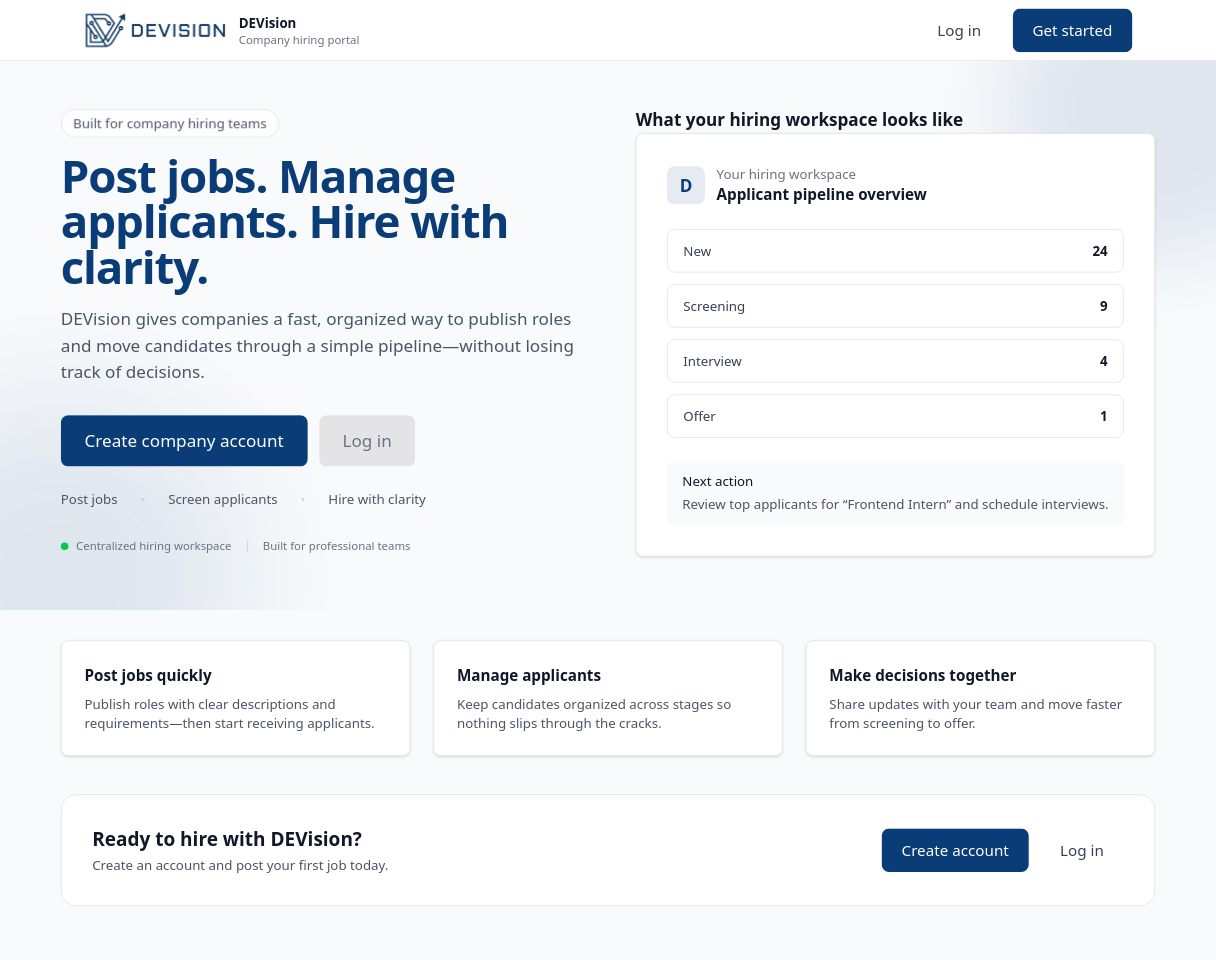
Repository: ISYS3461-2025C-Mulan-DEVision/JobManager_FE
Page: /
The author's editor kept a copy of each file at every save. The page is drawn from the files as they stood at one save, then again after the next save.
The browser window is 1280 px wide. The pictures show the whole page, at 95% of full size.
The project was rebuilt for these pictures with package versions that can differ from the ones it lists, and the page was loaded fresh each time. Also part of the build but not shown: vite.config.js, src/components/ui/Input/Input.tsx, src/components/ui/Spinner/Spinner.tsx, src/components/ui/Alert/Alert.tsx, src/components/ui/GoogleLogo/GoogleLogo.tsx, src/components/headless/Form/Form.tsx, src/components/headless/Form/index.ts, src/components/headless/Table/useTable.ts and 18 more.

Above is the page before, as saved 2025-12-12 15:54:05.

After the next save:
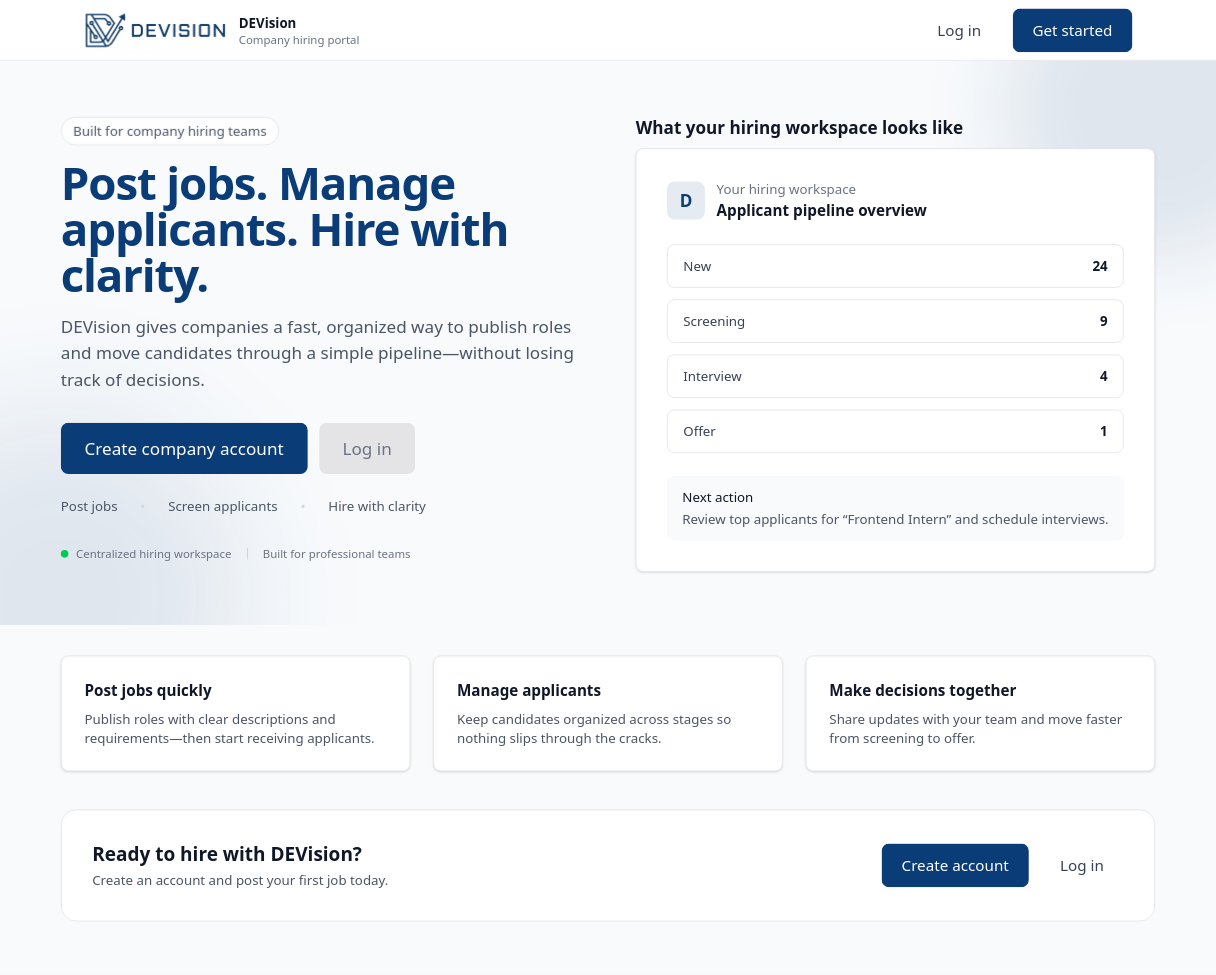
Saved 15 s later.
--- a/src/pages/Home.tsx
+++ b/src/pages/Home.tsx
@@ -54,8 +54,8 @@ export default function Home() {
                         </div>
 
                         <div className="lg:justify-self-end">
-                            <div className="text-lg text-gray-900 font-bold">What your hiring workspace looks like</div>
-                            <Card className="p-8 sm:p-8">
+                            <div className="text-lg text-gray-900 font-bold py-2">What your hiring workspace looks like</div>
+                            <Card className="p-6 sm:p-8">
                                 <div className="flex items-center gap-3">
                                     <div className="flex h-10 w-10 items-center justify-center rounded-lg bg-filled-button/10 text-heading">
                                         <span className="text-lg font-semibold">D</span>
